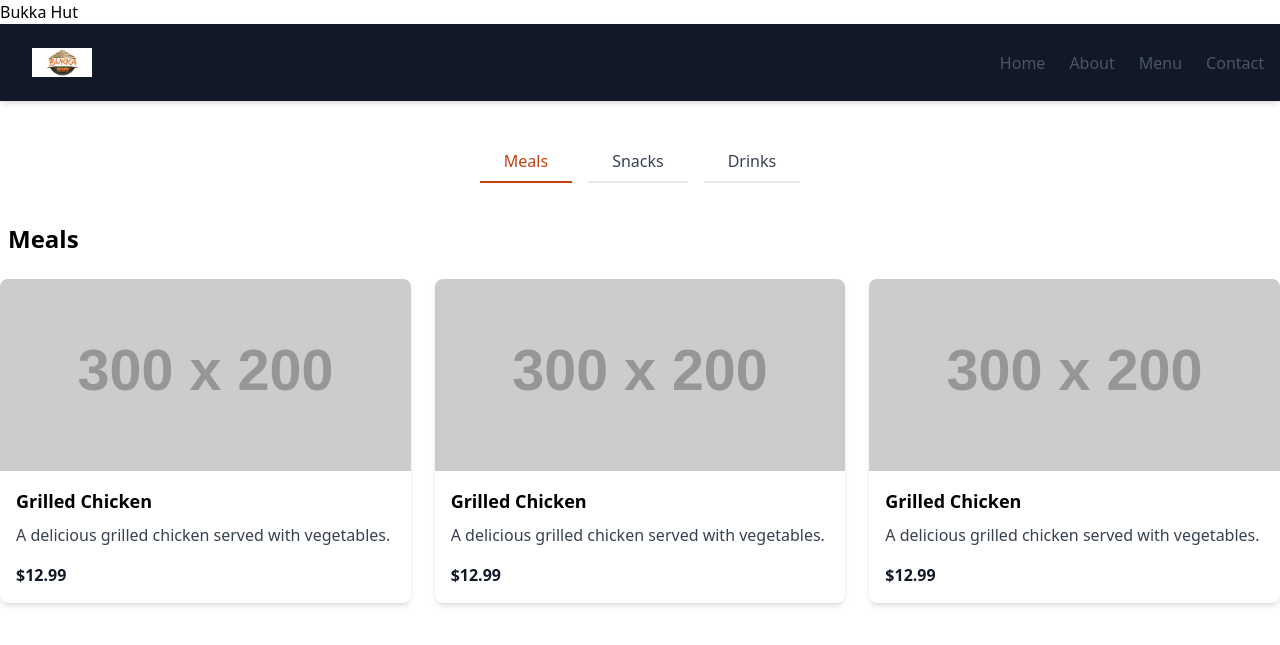
Repository: countaustin1990/BUKKAHUT
Page: Menu.html
These files come from the project's save history. The page is drawn as it stood at one moment and after the next save; the edit follows.
The browser window is 1280 px wide. The pictures show the whole page.
Some web libraries are served in a nearby version.

Above is the page before, as saved 2024-08-24 15:47:18.
Console error: TypeError: Cannot read properties of null (reading 'addEventListener')

After the next save:
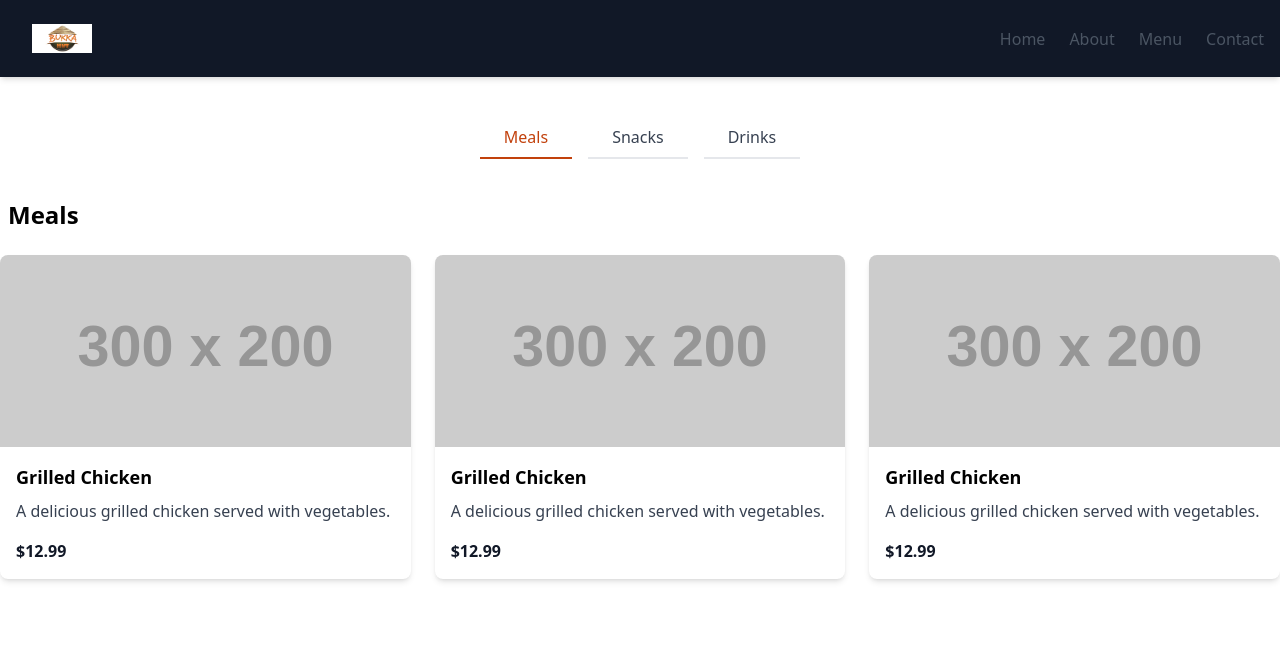
Saved 20 s later.
--- a/Menu.html
+++ b/Menu.html
@@ -3,7 +3,7 @@
 <head>
      <meta name="viewport" content="width=device-width, initial-scale=1.0">
     <meta property="Logo" content="./Logo.png" />
-<meta
+
     <title>Bukka Hut</title>
     <link rel="stylesheet" href="style.css"/>
     <script src="https://cdn.tailwindcss.com"></script>
